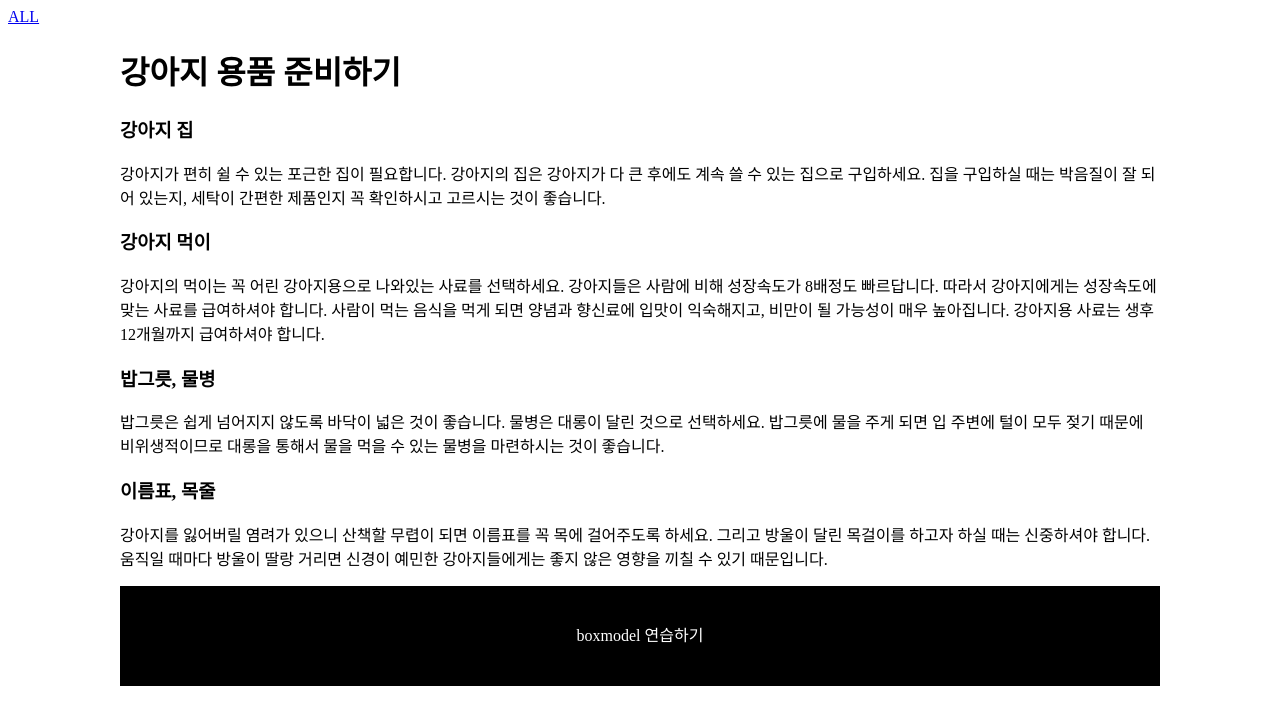
Repository: itkezi/HTML_2022_505
Page: Web/WebContent/HTML/0329_EX.html
These files come from the project's save history. The page is drawn as it stood at one moment and after the next save; the edit follows.
The browser window is 1280 px wide. The pictures show the whole page.

Above is the page before, as saved 2022-03-29 05:59:18.

After the next save:
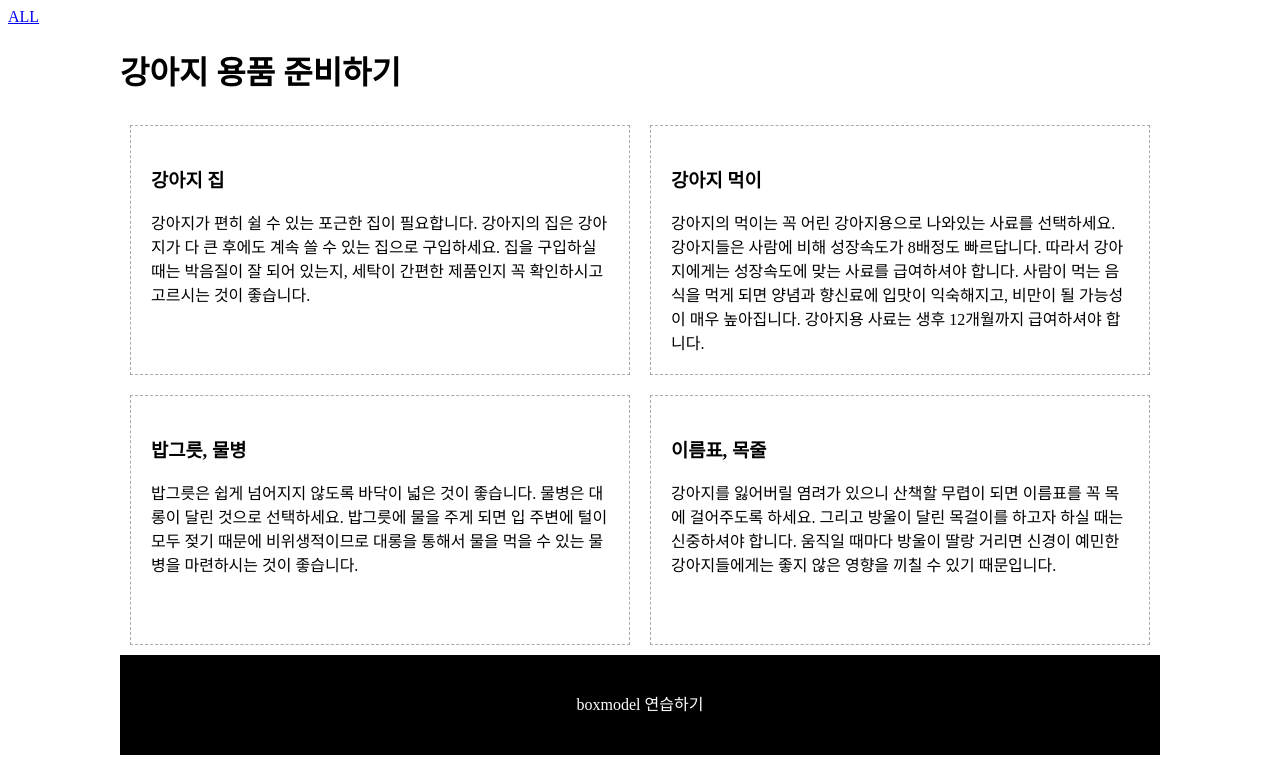
Saved 35 s later.
--- a/Web/WebContent/HTML/0329_EX.html
+++ b/Web/WebContent/HTML/0329_EX.html
@@ -8,7 +8,7 @@
 	width:1040px;
 	margin:0 auto;
 	}
-artical {
+article{
 	border:dashed 1px #aaa;
 	width:500px;
 	height:250px;
